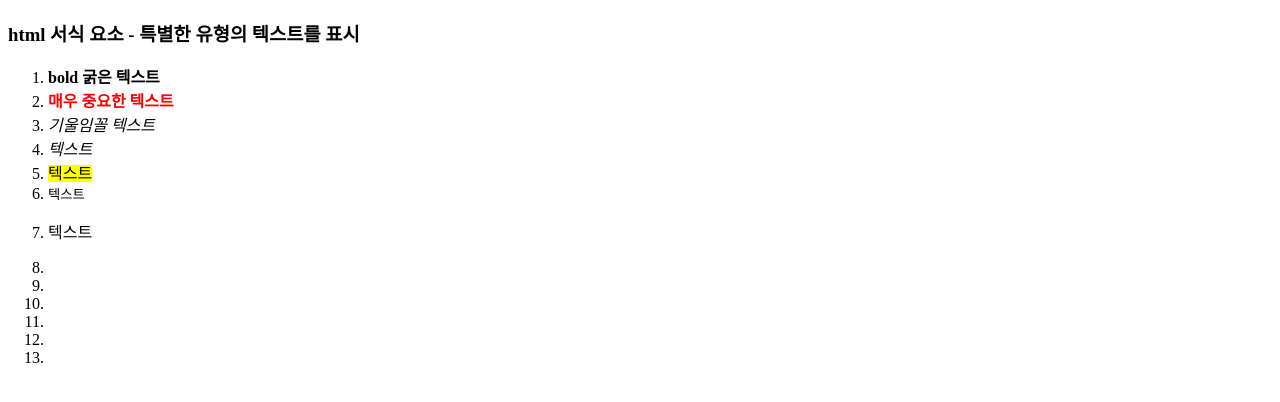
Repository: donggri1/WORKSPACE
Page: WebClass/webPro/src/main/webapp/html/days02/ex05.html
These files come from the project's save history. The page is drawn as it stood at one moment and after the next save; the edit follows.
The browser window is 1280 px wide. The pictures show the whole page.

Above is the page before, as saved 2024-03-25 02:41:57.

After the next save:
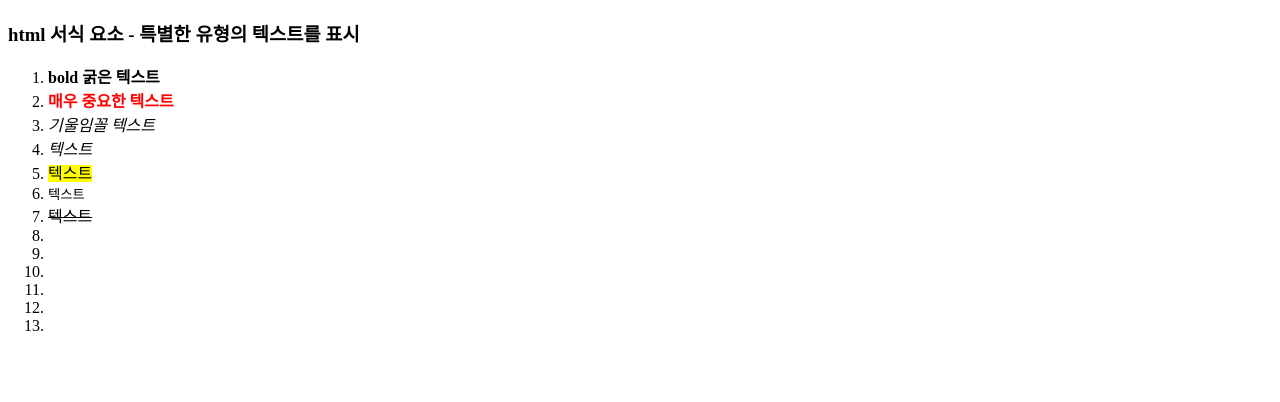
Saved 37 s later.
--- a/WebClass/webPro/src/main/webapp/html/days02/ex05.html
+++ b/WebClass/webPro/src/main/webapp/html/days02/ex05.html
@@ -23,7 +23,8 @@
 		<!-- 강조 표시, 노랑색 배경색 -->
 		<li><mark>텍스트</mark></li>
 		<li><small>텍스트</small></li>
-		<li><dl>텍스트</dl></li>
+		<!-- 삭제된 텍스트  -->
+		<li><del>텍스트</del></li>
 		<li></li>
 		<li></li>
 		<li></li>
